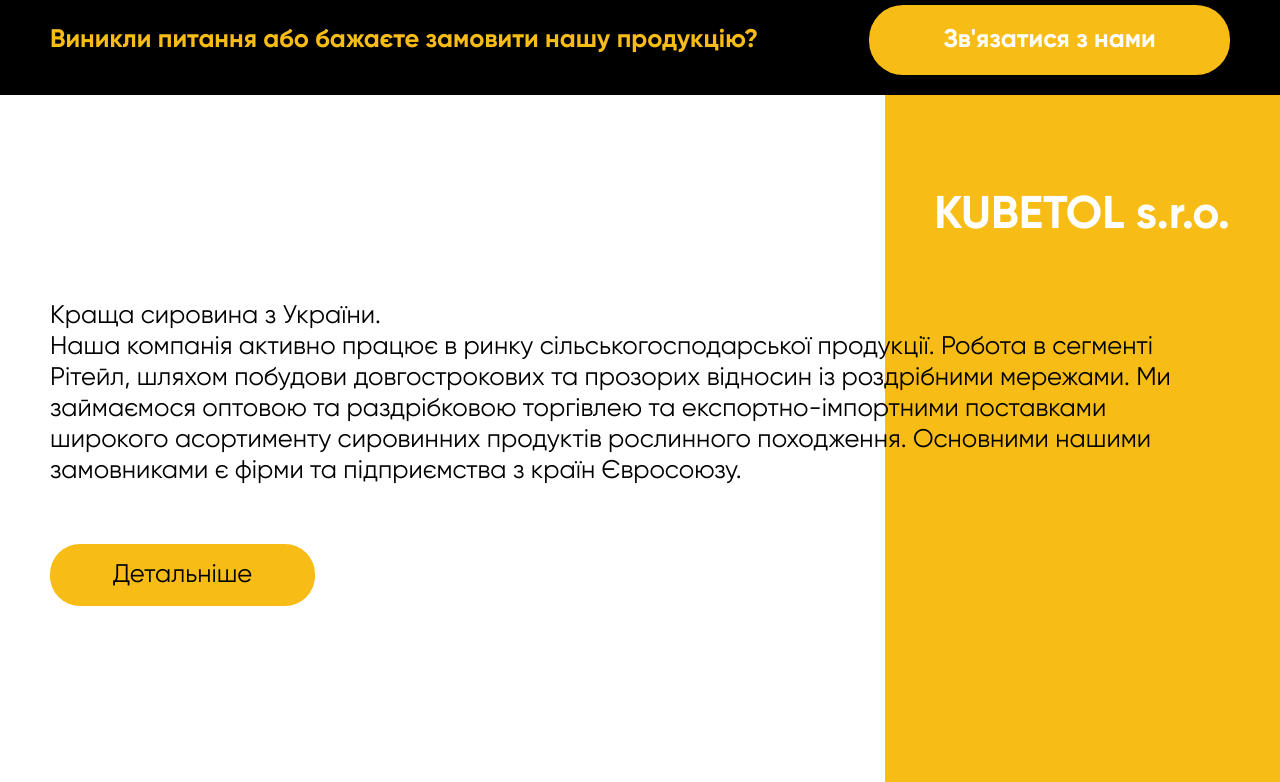
Repository: fanbear/Kubetol
Page: index.html
These files come from the project's save history. The page is drawn as it stood at one moment and after the next save; the edit follows.
The browser window is 1280 px wide. The pictures show the part of the page from y = 1198 to 1980 px (the page is 1980 px tall).

Above is the page before, as saved 2023-04-06 20:14:26.

After the next save:
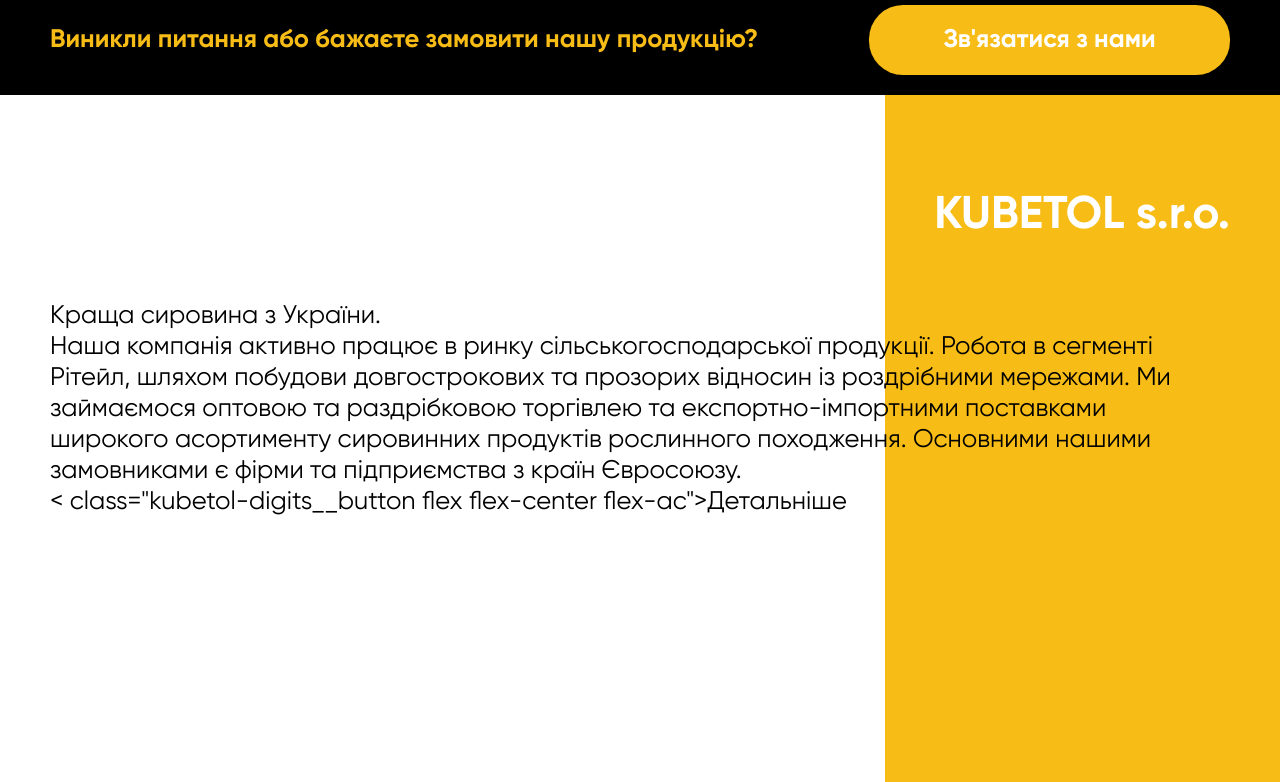
Saved 46 s later.
--- a/index.html
+++ b/index.html
@@ -148,7 +148,7 @@
                     продуктів рослинного походження.
                     Основними нашими замовниками є фірми та підприємства з країн Євросоюзу.
                 </div>
-                <div class="kubetol-digits__button flex flex-center flex-ac"><a href="">Детальніше</a></div>
+                < class="kubetol-digits__button flex flex-center flex-ac">Детальніше</a>
             </div>
             <div class="kubetol-digits__figure flex"></div>
         </section>

After the 2 saves that followed:
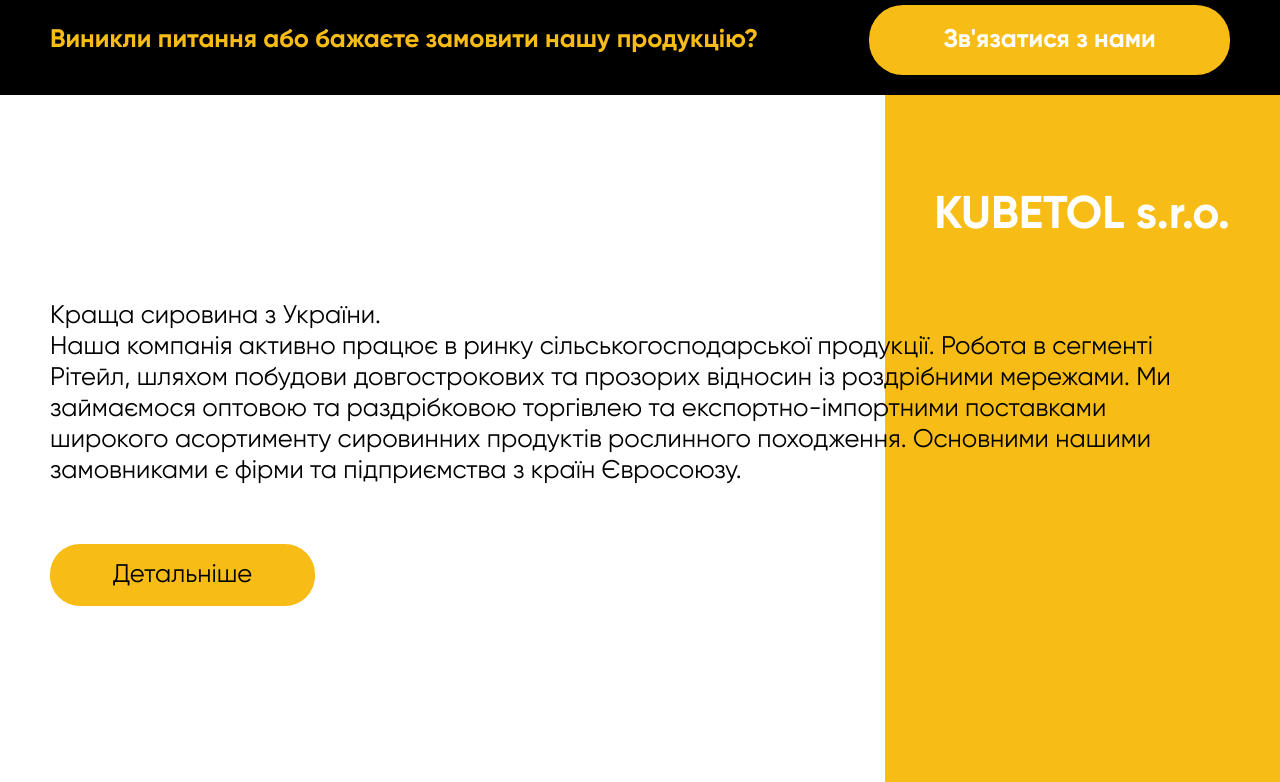
The 2 saves are shown as one change because they came seconds apart.
The last was saved 9 s later.
--- a/index.html
+++ b/index.html
@@ -148,7 +148,7 @@
                     продуктів рослинного походження.
                     Основними нашими замовниками є фірми та підприємства з країн Євросоюзу.
                 </div>
-                < class="kubetol-digits__button flex flex-center flex-ac">Детальніше</a>
+                <a class="kubetol-digits__button flex flex-center flex-ac">Детальніше</a>
             </div>
             <div class="kubetol-digits__figure flex"></div>
         </section>
